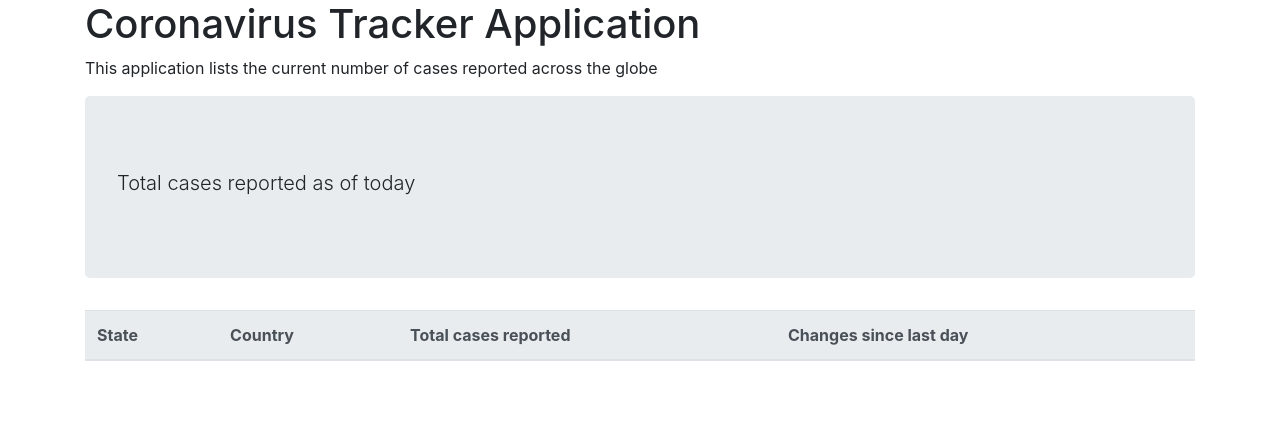
Repository: safaladhikari1/CoronaVirusTrackerApp
Page: http://localhost/home
The author's editor kept a copy of each file at every save. The page is drawn from the files as they stood at one save, then again after the next save.
The browser window is 1280 px wide. The pictures show the whole page.
The page is this project's Thymeleaf template; nobody is signed in. The template is opened directly, without the code that normally fills it, so the values that code supplies are empty.

Above is the page before, as saved 2020-08-30 09:07:09.

### coronavirus-tracker/src/main/resources/templates/home.html
<!DOCTYPE html>

<html xmlns:th="http://www.thymeleaf.org">

  <head>
    <title>Coronavirus Tracker Application</title>
    <meta http-equiv="Content-Type" content="text/html; charset=UTF-8" />
    <link rel="stylesheet" href="https://stackpath.bootstrapcdn.com/bootstrap/4.5.2/css/bootstrap.min.css" integrity="sha384-JcKb8q3iqJ61gNV9KGb8thSsNjpSL0n8PARn9HuZOnIxN0hoP+VmmDGMN5t9UJ0Z" crossorigin="anonymous">


  </head>

  <body>

  <div class="container">

   	<h1>Coronavirus Tracker Application</h1>

  	<p>This application lists the current number of cases reported across the globe</p>

    <div class="jumbotron">
  		<h1 class="display-4" th:text="${totalReportedCases}"></h1>
  		<p class="lead">Total cases reported as of today</p>
	</div>

  	<table class="table">
  		<thead class="thead-light">
		  <tr>
		    <th>State</th>
		    <th>Country</th>
		    <th>Total cases reported</th>
		    <th>Changes since last day</th>
		  </tr>
  		</thead>
  		<tbody>
		  <tr th:each="locationStat : ${locationStats}">
		    <td th:text="${locationStat.state}"></td>
		    <td th:text="${locationStat.country}"></td>
		    <td th:text="${locationStat.latestTotalCases}">0</td>
		    <td th:text="${locationStat.diffFromPrevDay}">0</td>
		  </tr>
  		</tbody>
	</table>

  </div>

  </body>

</html>

After the next save:
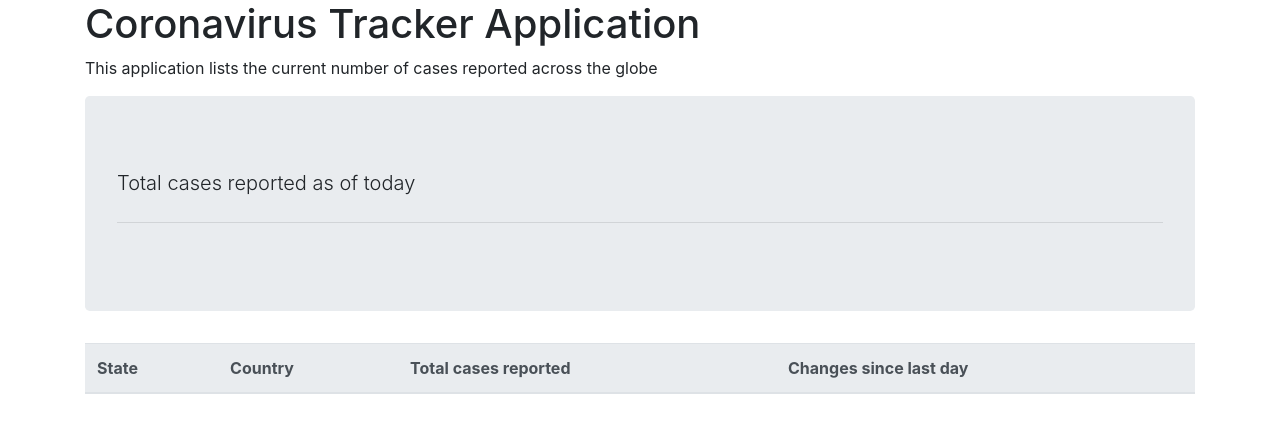
Saved 102 s later.
--- a/coronavirus-tracker/src/main/resources/templates/home.html
+++ b/coronavirus-tracker/src/main/resources/templates/home.html
@@ -21,6 +21,8 @@
     <div class="jumbotron">
   		<h1 class="display-4" th:text="${totalReportedCases}"></h1>
   		<p class="lead">Total cases reported as of today</p>
+  		<hr class="my-4">
+  		<p></p>
 	</div>
 
   	<table class="table">
